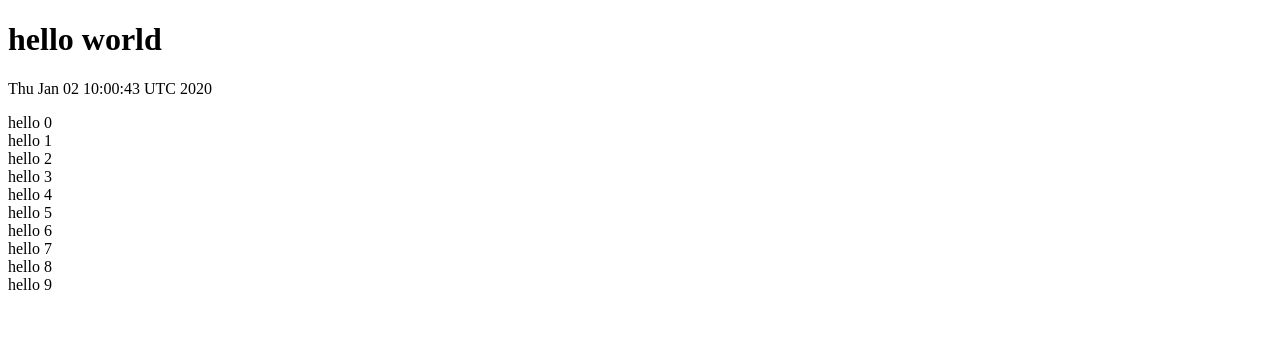
Repository: teddyruppin/GitFormateur
Page: http://localhost/JSP01/
These files come from the project's save history. The page is drawn as it stood at one moment and after the next save; the edit follows.
The browser window is 1280 px wide. The pictures show the whole page.
The page is served by Tomcat 9. Other server files are loaded and not shown.

Above is the page before, as saved 2020-01-02 10:34:57.

### src/projpoo1/JSP01/WebContent/index.jsp
<%@ page language="java" contentType="text/html; charset=ISO-8859-1"
    pageEncoding="ISO-8859-1"%>
    <%@ page import="java.util.Date" %>
<!DOCTYPE html>
<html>
<head>
<meta charset="ISO-8859-1">
<title>page welcome JSP01</title>
</head>
<body>
	<h1> hello world </h1>
	<p> <%= new Date() %> </p>

	<%

	for(int i=0;i<10;i++)
		out.append("hello " + i + "<br/>");

	%>
</body>
</html>

After the next save:
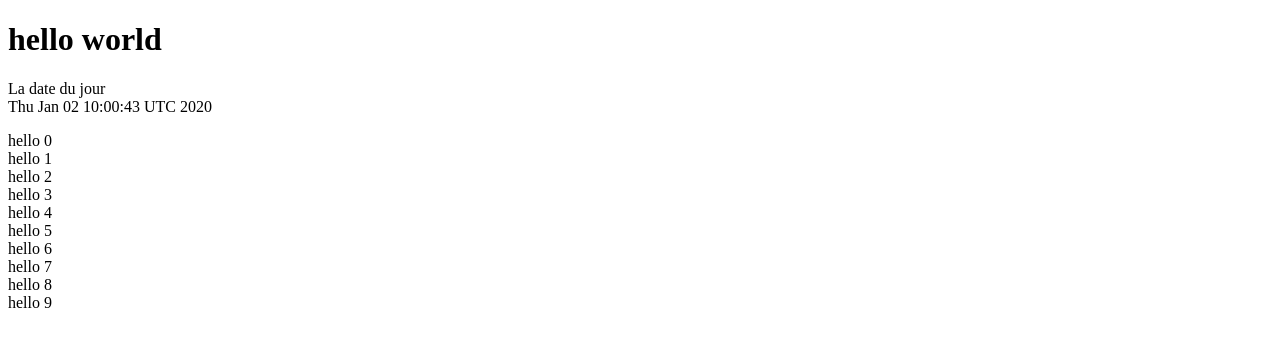
Saved 30 s later.
--- a/src/projpoo1/JSP01/WebContent/index.jsp
+++ b/src/projpoo1/JSP01/WebContent/index.jsp
@@ -9,7 +9,7 @@
 </head>
 <body>
 	<h1> hello world </h1>
-	<p> <%= new Date() %> </p>
+	<p> La date du jour <br/> <%= new Date() %> </p>
 
 	<%
 
